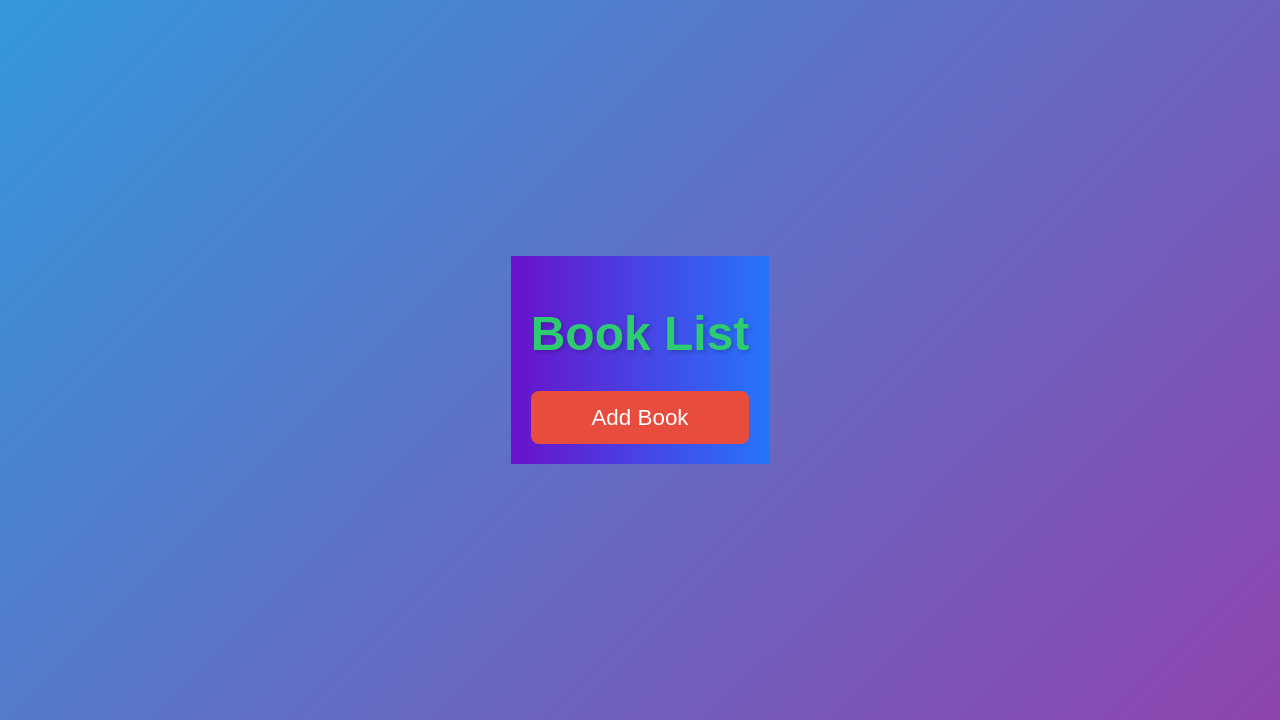
Repository: KanmegneTabouguie/librarymanagement
Page: / (app in frontend/library-frontend/)
These files come from the project's save history. The page is drawn as it stood at one moment and after the next save; the edit follows.
The browser window is 1280 px wide. The pictures show the whole page.
The page's requests for data from a server got no answer. The project was rebuilt for these pictures with package versions that can differ from the ones it lists, and the page was loaded fresh each time. No one was signed in, and anything a server would have sent is missing. Also part of the build but not shown: frontend/library-frontend/vite.config.js, frontend/library-frontend/src/components/AddBook.jsx, frontend/library-frontend/src/components/UpdateBook.jsx, frontend/library-frontend/src/components/PublishBook.jsx.

Above is the page before, as saved 2024-02-29 11:20:01.

After the next save:
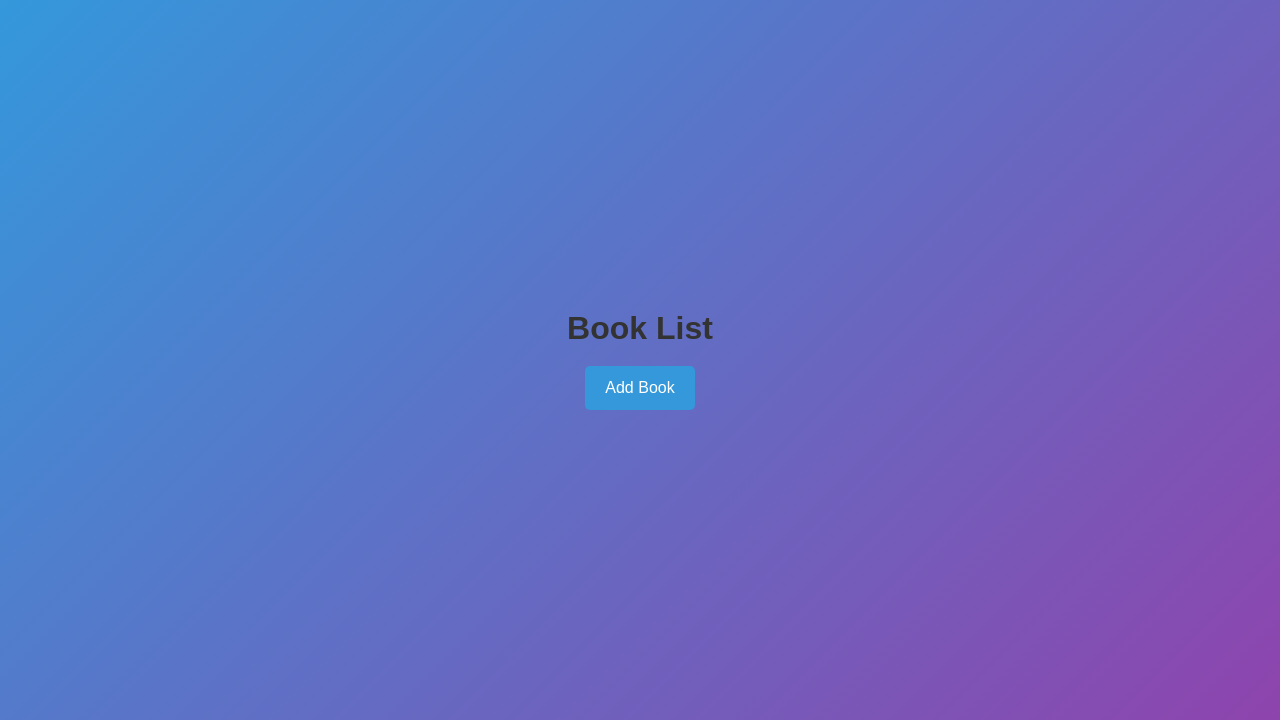
Saved 3 min 2 s later.
--- a/frontend/library-frontend/src/components/BookList.jsx
+++ b/frontend/library-frontend/src/components/BookList.jsx
@@ -1,10 +1,90 @@
-// src/components/BookList.js
 // eslint-disable-next-line no-unused-vars
 import React, { useState, useEffect } from 'react';
 import axios from 'axios';
 import { Link } from 'react-router-dom';
-import BookListStyles from './BookListStyles';
+import styled from 'styled-components';
 
+// Styled components
+const Container = styled.div`
+  display: flex;
+  flex-direction: column;
+  align-items: center;
+  padding: 20px;
+`;
+
+const Heading = styled.h1`
+  font-size: 2em;
+  margin-bottom: 20px;
+  color: #333;
+`;
+
+const ActionLink = styled(Link)`
+  text-decoration: none;
+  color: #fff;
+  background-color: #3498db;
+  padding: 10px 20px;
+  border-radius: 5px;
+  margin-bottom: 20px;
+  transition: background-color 0.3s ease;
+
+  &:hover {
+    background-color: #2980b9;
+  }
+`;
+
+const BookContainer = styled.div`
+  display: flex;
+  flex-wrap: wrap;
+  justify-content: center;
+`;
+
+const BookStyle = styled.div`
+  background-color: ${(props) => props.color};
+  border-radius: 8px;
+  padding: 20px;
+  margin: 10px;
+  text-align: center;
+  width: 250px;
+  transition: transform 0.3s ease;
+
+  &:hover {
+    transform: scale(1.05);
+  }
+`;
+
+const Title = styled.h3`
+  font-size: 1.5em;
+  margin-bottom: 10px;
+`;
+
+const Author = styled.p`
+  color: #555;
+`;
+
+const ButtonContainer = styled.div`
+  margin-top: 10px;
+`;
+
+const UpdateLink = styled(Link)`
+  text-decoration: none;
+  color: #2ecc71;
+  margin-right: 10px;
+`;
+
+const DeleteButton = styled.button`
+  color: #e74c3c;
+  background-color: transparent;
+  border: none;
+  cursor: pointer;
+  margin-right: 10px;
+`;
+
+const PublishLink = styled(Link)`
+  text-decoration: none;
+  color: #f39c12;
+`;
+
+// Component
 const BookList = () => {
   const [books, setBooks] = useState([]);
 
@@ -18,7 +98,6 @@
     try {
       await axios.delete(`http://localhost:3017/books/${bookId}`);
       console.log('Book deleted');
-      // Update the state to reflect the deletion
       setBooks(prevBooks => prevBooks.filter(book => book._id !== bookId));
     } catch (error) {
       console.error('Error deleting book:', error);
@@ -26,28 +105,27 @@
   };
 
   return (
-    <div style={BookListStyles.container}>
-      <h1 style={BookListStyles.headingStyle}>Book List</h1>
-      <Link to="/add" style={BookListStyles.actionLinkStyle}>Add Book</Link>
-      <div style={BookListStyles.bookContainer}>
+    <Container>
+      <Heading>Book List</Heading>
+      <ActionLink to="/add">Add Book</ActionLink>
+      <BookContainer>
         {books.map(book => (
-          <div key={book._id} style={{ ...BookListStyles.bookStyle, backgroundColor: getRandomColor() }}>
-            <h3 style={BookListStyles.titleStyle}>{book.title}</h3>
-            <p style={BookListStyles.authorStyle}>Author: {book.author}</p>
-            <p>Availability: {book.available ? 'Available' : 'Not Available'}</p> {/* Display availability status */}
-            <div style={BookListStyles.buttonContainer}>
-              <Link to={`/update/${book._id}`} style={BookListStyles.updateLinkStyle}>Update</Link>
-              <button onClick={() => handleDeleteBook(book._id)} style={BookListStyles.deleteButtonStyle}>Delete</button>
-              <Link to={`/publish/${book._id}`} style={BookListStyles.publishLinkStyle}>Publish</Link>
-            </div>
-          </div>
+          <BookStyle key={book._id} color={getRandomColor()}>
+            <Title>{book.title}</Title>
+            <Author>Author: {book.author}</Author>
+            <p>Availability: {book.available ? 'Available' : 'Not Available'}</p>
+            <ButtonContainer>
+              <UpdateLink to={`/update/${book._id}`}>Update</UpdateLink>
+              <DeleteButton onClick={() => handleDeleteBook(book._id)}>Delete</DeleteButton>
+              <PublishLink to={`/publish/${book._id}`}>Publish</PublishLink>
+            </ButtonContainer>
+          </BookStyle>
         ))}
-      </div>
-    </div>
+      </BookContainer>
+    </Container>
   );
 };
 
-// Function to generate a random color
 const getRandomColor = () => {
   const letters = '456789ABCDEF';
   let color = '#';
